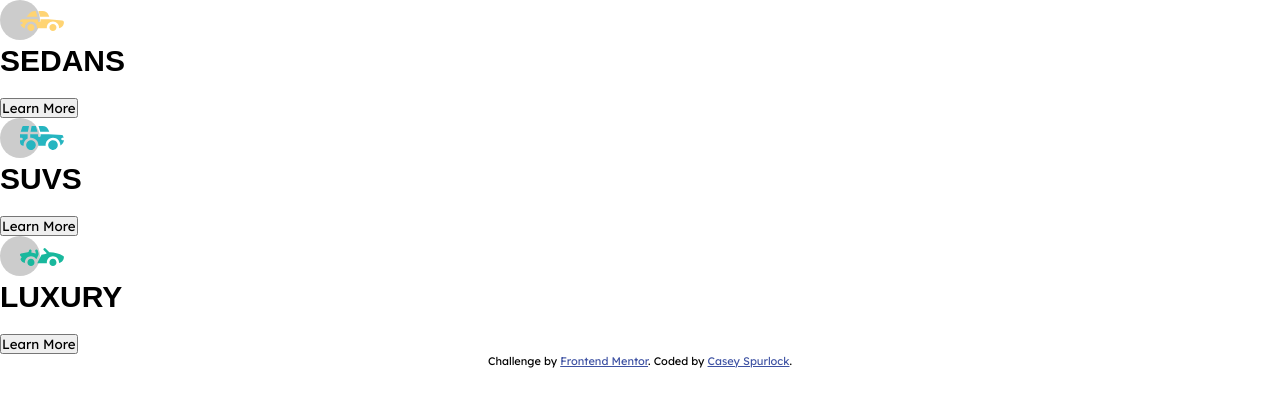
Repository: CaseySpurlock/3-column-preview-card-component-main
Page: index.html
The author's editor kept a copy of each file at every save. The page is drawn from the files as they stood at one save, then again after the next save.
The browser window is 1280 px wide. The pictures show the whole page.

Above is the page before, as saved 2021-06-23 10:28:25.

After the next save:
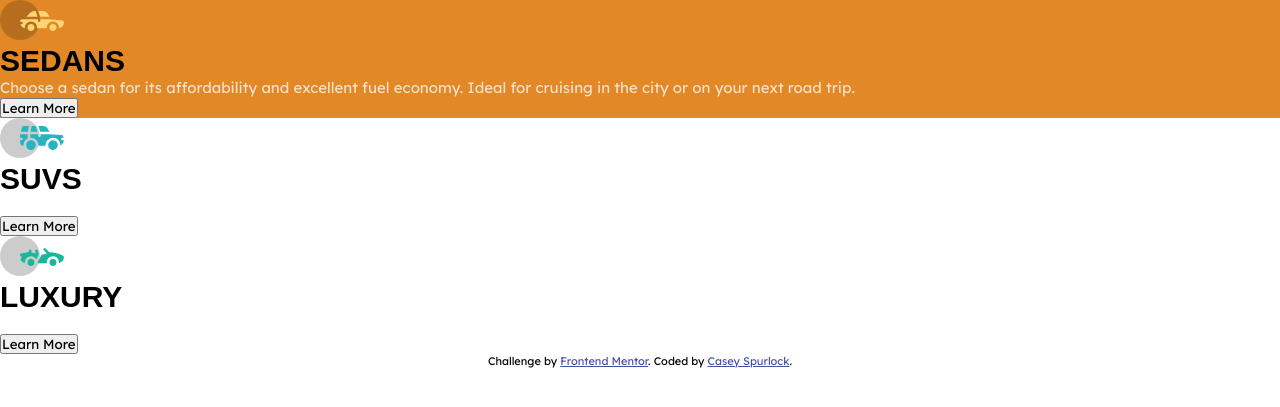
Saved 2 min 29 s later.
--- a/style.css
+++ b/style.css
@@ -19,6 +19,10 @@
     font-size: 15px;
 }
 
+.bright-orange {
+    background-color: hsl(31, 77%, 52%);
+}
+
 
 .attribution {
     font-size: 11px;
